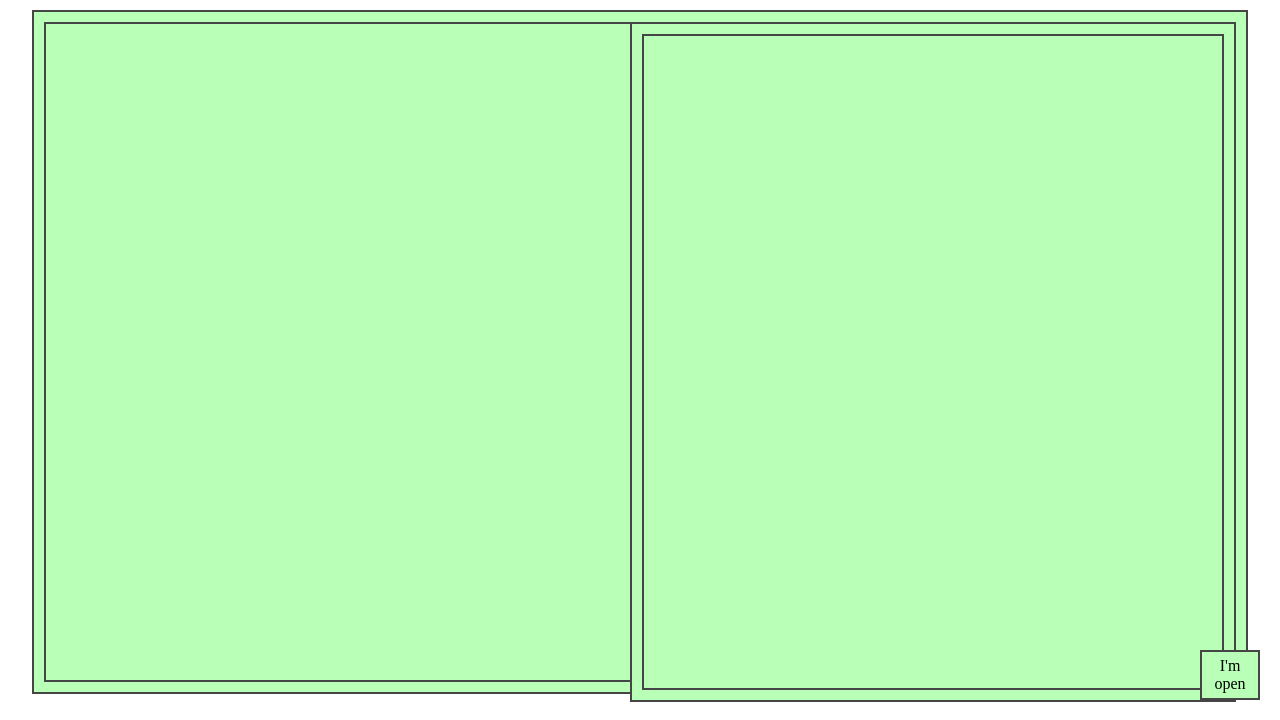
Repository: tannerbroberts/tannerbroberts.github.io
Page: /
An editor plug-in stored every save of this project. The page is shown before and after the next save, followed by the edit.
The browser window is 1280 px wide. The pictures show the whole page.
The project was rebuilt for these pictures with package versions that can differ from the ones it lists, and the page was loaded fresh each time. Also part of the build but not shown: vite.config.ts.

Above is the page before, as saved 2022-10-04 10:15:47.

### src/index.js
import React from "react"
import ReactDOM from "react-dom/client"
import App from "./App"
import ATP_ContextProvider from "./providers/ATP_Context"

const root = ReactDOM.createRoot(document.getElementById("root"))
root.render(
	<React.StrictMode>
		<ATP_ContextProvider>
			<React.StrictMode>
				<App />
			</React.StrictMode>
		</ATP_ContextProvider>
	</React.StrictMode>
)

### src/App.js
import React from "react"
import { cssHelper } from "./api/cssHelper"
import Main from "./components/Main"
import Shelf from "./components/Shelf"

function App() {
	const AppCSS = {
		...cssHelper,
		height: "95vh",
		width: "95vw",
		marginTop: "10px",
		display: "flex",
		position: "relative",
	}

	return (
		<div style={AppCSS}>
			<Main />
			<Shelf />
		</div>
	)
}

export default App

### src/providers/ATP_Context.js
/* eslint-disable react/prop-types */
import React, { useContext, useReducer, createContext } from "react"
import ATP_Reducer, { initialState } from "./ATP_Reducer"

export const ATP_StateContext = createContext()
export const ATP_DispatchContext = createContext()

export default function ATP_ContextProvider({ children }) {
	const [state, dispatch] = useReducer(ATP_Reducer, initialState)

	return (
		<ATP_StateContext.Provider value={state}>
			<ATP_DispatchContext.Provider value={dispatch}>
				{children}
			</ATP_DispatchContext.Provider>
		</ATP_StateContext.Provider>
	)
}

export const useATP_StateContext = () => useContext(ATP_StateContext)
export const useATP_DispatchContext = () =>
	useContext(ATP_DispatchContext)

### src/api/cssHelper.js
export const cssHelper = {
	boxSizing: "border-box",

	height: "100%",
	width: "100%",
	// border: "2px solid black",
	margin: "auto",
	padding: "10px",
	gap: "10px",
	display: "grid",
	// gridTemplateRows / gridTemplateColumns
	gridTemplate: "1fr / 1fr",
	backgroundColor: "rgb(185, 255, 183)",
	border: "2px solid rgb(69, 69, 69)",
}

export const mainColor = {
	backgroundColor: "blue",
}

### src/components/Shelf/index.js
export { default } from "./Shelf"

### src/providers/ATP_Reducer.js
export const initialState = {
	mainStack: [
		/* main frames */
		{ frameType: "", value: "" },
	],
	shelf: {
		/* directly corresponds to the main frame */
	},
	shelfOpen: true,
	library: [
		/* All items live here. Eventually, they're going to be returned from the server */
	],
	filters: [
		/* object list of matchers
		{complexVariableMatcher: criteria list}
		{nameContains: STRING},
		{containsVariable: VARIABLE_ID},
		{color: COLOR},
		{pattern: PATTERN},
		{owner: USER_ID},
		{createdBy: DATE},
		{length: TIME_LENGTH},
		{pattern: PATTERN},
		*/
	],
}

function loadFrame(state, action) {
	const stack = state.mainFrame
	stack.push(action.value)
	return { ...state, mainFrame: stack }
}

function closeFrame(state) {
	const stack = state.mainFrame
	stack.pop()
	return { ...state, mainFrame: stack }
}

function toggleShelf(state) {
	return { ...state, shelfOpen: !state?.shelfOpen }
}

const dispatchDictionary = {
	LOAD_FRAME: loadFrame,
	CLOSE_FRAME: closeFrame,
	TOGGLE_SHELF: toggleShelf,
}

export default function ATP_Reducer(state, action) {
	console.log('calling a reducer function now')
	if (action.type && dispatchDictionary[action.type])
		return dispatchDictionary[action.type](state, action)
}

### src/components/Main/Main.js
import React from "react"
import { cssHelper } from "../../api/cssHelper"

const MainCSS = {
	...cssHelper,
	width: "100%",
}

export default function Main() {
	return <div style={MainCSS} />
}

### src/components/Shelf/Shelf.js
/* eslint-disable react/prop-types */
import React from "react"
import { cssHelper } from "../../api/cssHelper"
import ShelfToggle from "./ShelfToggle"
import { useATP_StateContext } from "../../providers/ATP_Context"

const shelfContentCSS = (openStatus) => {
	const obj = { ...cssHelper }
	openStatus ? '' : (obj.display = "none")

	return obj
}

const shelfCSS = (openStatus) => {
	const obj = { ...cssHelper, position: "absolute", width: "50%" }
	openStatus ? obj.right = "10px" : (obj.right = "-100px")

	return obj
}

export default function Shelf() {
	const { shelfOpen } = useATP_StateContext()

	return (
		<div style={shelfCSS(shelfOpen)}>
			<div style={shelfContentCSS(shelfOpen)}></div> {/** content area */}
			<ShelfToggle />
		</div>
	)
}

### src/components/Shelf/ShelfToggle/index.js
export { default } from './ShelfToggle'

### src/components/Shelf/ShelfToggle/ShelfToggle.js
/* eslint-disable react/prop-types */
import React from "react"
import { useATP_StateContext } from "../../../providers/ATP_Context"
import { useATP_DispatchContext } from "../../../providers/ATP_Context"
import { cssHelper } from '../../../api/cssHelper'

export default function ShelfToggle() {
	const state = useATP_StateContext()
	const dispatch = useATP_DispatchContext()

	const shelfToggleCSS = {
		...cssHelper,
		position: "fixed",
		bottom: "20px",
		right: "20px",
		height: "50px",
		width: "60px",
		padding: "5px",
		textAlign: "center",
	}

	return (
		<div
			style={shelfToggleCSS}
			onClick={() => dispatch({ type: "TOGGLE_SHELF" })}
		>
			{state?.shelfOpen ? "I'm open" : "I'm closed"}
		</div>
	)
}

Loaded but not shown: public/index.html (common file); src/components/Main/index.js (common file)

After the next save:
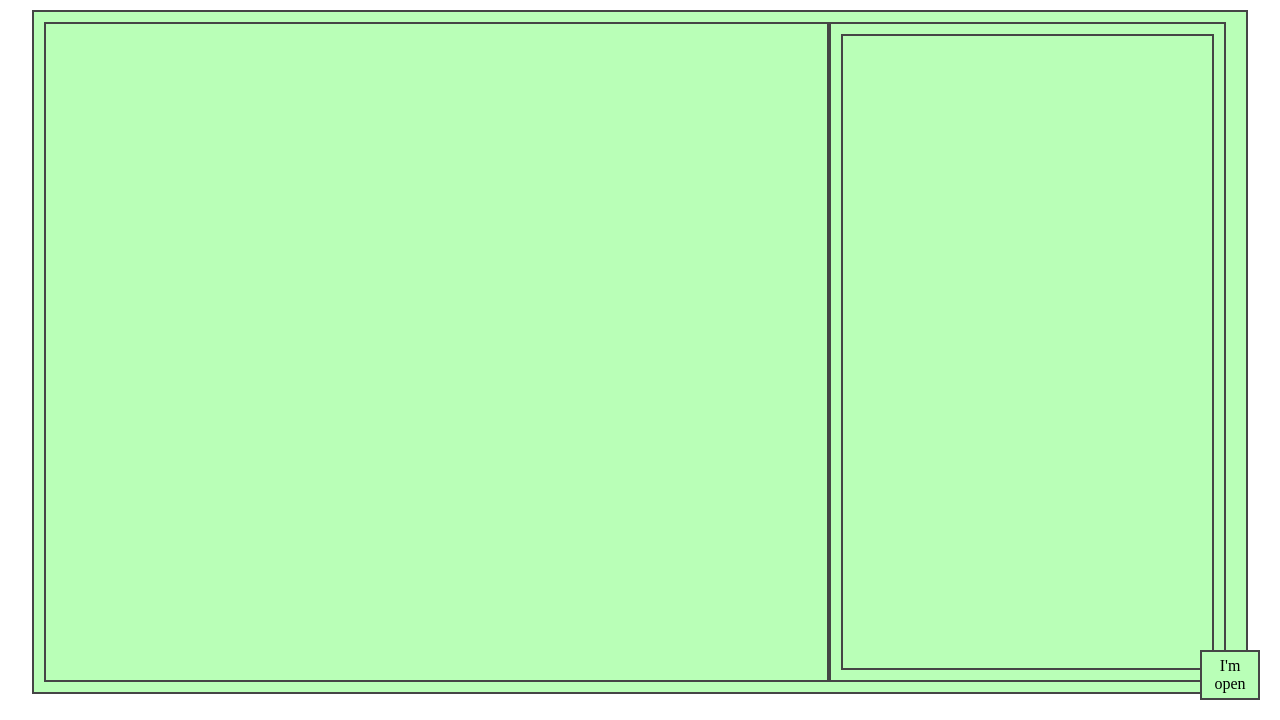
Saved 27 s later.
--- a/src/components/Shelf/Shelf.js
+++ b/src/components/Shelf/Shelf.js
@@ -12,7 +12,7 @@ const shelfContentCSS = (openStatus) => {
 }
 
 const shelfCSS = (openStatus) => {
-	const obj = { ...cssHelper, position: "absolute", width: "50%" }
+	const obj = { ...cssHelper, position: "relative", width: "50%" }
 	openStatus ? obj.right = "10px" : (obj.right = "-100px")
 
 	return obj
